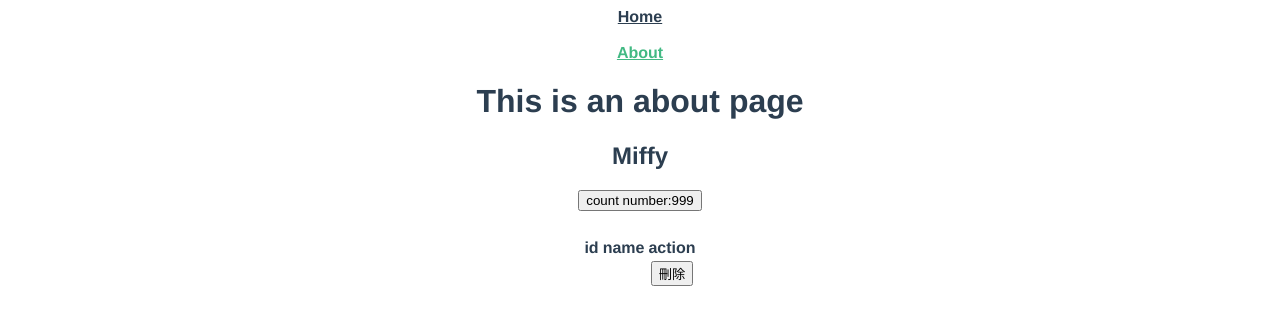
Repository: HaoMiffy/vue3-compisition-Typescript-pinia
Page: /about
An editor plug-in stored every save of this project. The page is shown before and after the next save, followed by the edit.
The browser window is 1280 px wide. The pictures show the whole page.
The project was rebuilt for these pictures with package versions that can differ from the ones it lists, and the page was loaded fresh each time. Also part of the build but not shown: vue.config.js, src/components/HelloWorld.vue, src/views/HomeView.vue.

Above is the page before, as saved 2022-12-12 11:30:32.

### src/main.ts
import { createApp } from 'vue'
import App from './App.vue'
import router from './router'
import { createPinia } from 'pinia'

createApp(App).use(createPinia()).use(router).mount('#app')

### src/App.vue
<template>
<navbar></navbar>
<RouterView></RouterView>
</template>


<script lang="ts" setup>
import navbar from './components/navbar.vue'
</script>

<style>
#app {
  font-family: Avenir, Helvetica, Arial, sans-serif;
  -webkit-font-smoothing: antialiased;
  -moz-osx-font-smoothing: grayscale;
  text-align: center;
  color: #2c3e50;
}

.nav {
  padding: 30px;
  text-align: left;
}



nav a {
  font-weight: bold;
  color: #2c3e50;
}

nav a.router-link-exact-active {
  color: #42b983;
}
</style>

### src/components/navbar.vue
<!-- eslint-disable vue/multi-word-component-names -->
<template>
    <nav class="navbar navbar-default">
        <div class="container-fluid">
            <div class="navbar-header">
                <router-link to="/" class="item">Home</router-link>
            </div>
            <br />
            <div>
                <router-link to="/about" class="item">About</router-link>
            </div>
        </div>
    </nav>
</template>

### src/views/AboutView.vue
<template>
  <div class="about">
    <h1>This is an about page</h1>
    <h2>{{ max }}</h2>
    <button @click="click()">count number:{{ counter.count }}</button>
    <div class="table">
      <table>
        <thead>
          <tr>
            <th>id</th>
            <th>name</th>
            <th>action</th>
          </tr>
        </thead>
        <tbody>
          <tr v-for="(item, index) in data" :key="index">
            <td>
              {{item.id}}
            </td>
            <td>
              {{item.name}}
            </td>
            <td>
              <button @click="remove(index)">刪除</button>
            </td>
          </tr>
        </tbody>
      </table>
    </div>
  </div>
</template>

<script lang="ts" setup>
import { ref, reactive } from 'vue'
import { PublicStore } from '@/store/index'
const store = PublicStore()

const max = ref("Miffy")
const counter = reactive({ count: 999 })


const data = reactive([
store.$state.data
])

function click() {
  counter.count++
}

function remove(index: number) {
  data.splice(index, 1);
  console.log(data)
}



</script>

<style>
.table {
  margin-top: 25px;
  display: flex;
  justify-content: center;
  align-items: center;
}
</style>

### src/store/index.ts
import { defineStore } from 'pinia'
export const PublicStore = defineStore('Public', { // Public项目唯一id
  state: () => {
    return {
      data: [
        {
          id: 123,
          name: "Miffy"
        },
        {
          id: 456,
          name: "Miffy"
        },
        {
          id: 789,
          name: "Miffy"
        }
      ]
    }
  },
  getters: {

  },
  // other options...
})

Loaded but not shown: src/router/index.ts (common file)

After the next save:
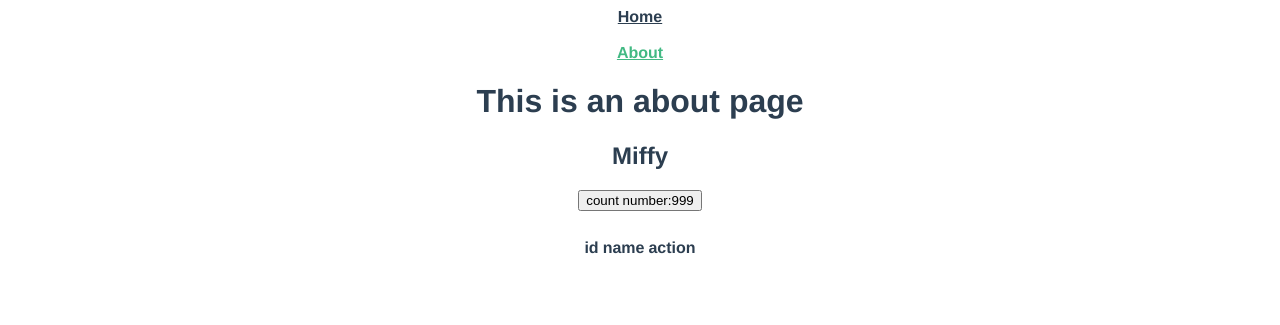
Saved 2 min 22 s later.
--- a/src/views/AboutView.vue
+++ b/src/views/AboutView.vue
@@ -13,7 +13,7 @@
           </tr>
         </thead>
         <tbody>
-          <tr v-for="(item, index) in data" :key="index">
+          <tr v-for="(item, index) in $data" :data="data12" :key="index">
             <td>
               {{item.id}}
             </td>
@@ -39,7 +39,7 @@
 const counter = reactive({ count: 999 })
 
 
-const data = reactive([
+const data12 = reactive([
 store.$state.data
 ])
 

After the save that followed:
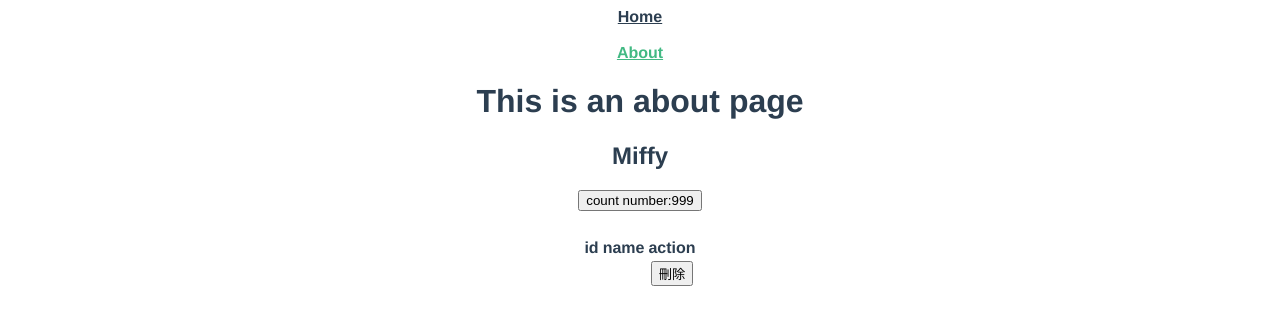
Saved 18 s later.
--- a/src/views/AboutView.vue
+++ b/src/views/AboutView.vue
@@ -13,7 +13,7 @@
           </tr>
         </thead>
         <tbody>
-          <tr v-for="(item, index) in $data" :data="data12" :key="index">
+          <tr v-for="(item, index) in data12" :data="data12" :key="index">
             <td>
               {{item.id}}
             </td>
